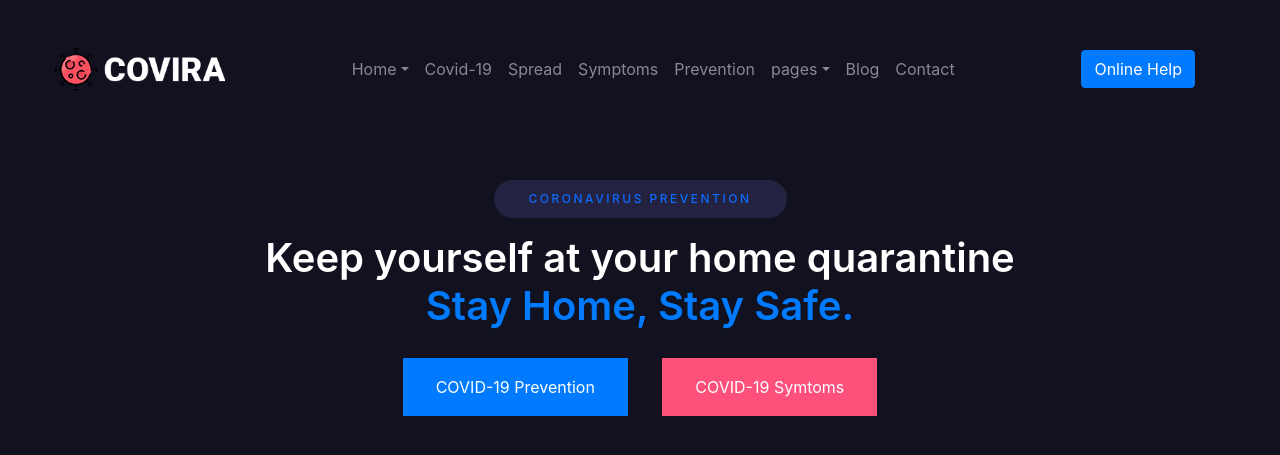
Repository: sitikhusushan/corona_updates
Page: index.html
These files come from the project's save history. The page is drawn as it stood at one moment and after the next save; the edit follows.
The browser window is 1280 px wide. The pictures show the whole page.
The pointer rests on the first visible `.navbar a`.

Above is the page before, as saved 2020-06-05 10:54:36.

### index.html
<!DOCTYPE html>
<html lang="en">
  <head>
    <meta charset="UTF-8" />
    <meta name="viewport" content="width=device-width, initial-scale=1.0" />
    <link rel="stylesheet" href="css/bootstrap.css" />
    <link rel="stylesheet" href="style.css" />
    <title>Covid-19</title>
  </head>
  <body>
    <header>
      <nav class="navbar navbar-expand-lg navbar-dark fix">
        <div class="container">
          <a class="logo" href="">
            <img src="image/logo-white.png" alt="coronavirus_logo"
          /></a>
          <!-- <div class="row">
          <div class="col-md-2 col-sm-2">
            <img src="image/logo-white.png" alt="coronavirus_logo" />
          </div>
          <div class="col-md-1 col-sm">
            <div class="dropdown">
              <button
                type="button"
                class="btn btn-danger dropdown-toggle"
                data-toggle="dropdown"
              >
                Home
              </button>
              <div class="dropdown-menu">
                <a class="dropdown-item" href="#">akjf</a>
                <a class="dropdown-item" href="#">alkdf</a>
                <a class="dropdown-item" href="#">akfjl</a>
                <a class="dropdown-item" href="#">ahdfjk</a>
                <a class="dropdown-item" href="#">ajlkdf</a>
                <a class="dropdown-item" href="#">kjahdf</a>
              </div>
            </div>
          </div>
          <div class="col-md-1 col-sm">
            COVID-19
          </div>
          <div class="col-md-1 col-sm">
            Spread
          </div>
          <div class="col-md-1 col-sm">
            Symptoms
          </div>
          <div class="col-md-1 col-sm">
            Prevention
          </div>
          <div class="col-md-1 col-sm">
            <div class="dropdown">
              <button
                type="button"
                class="btn btn-danger dropdown-toggle"
                data-toggle="dropdown"
              >
                Pages
              </button>
              <div class="dropdown-menu">
                <a class="dropdown-item" href="#"></a>
                <a class="dropdown-item" href="#"></a>
                <a class="dropdown-item" href="#"></a>
                <a class="dropdown-item" href="#"></a>
              </div>
            </div>
          </div>
          <div class="col-md-1 col-sm">Blog</div>
          <div class="col-md-1 col-sm">Contact</div>
          <div class="col-md-2 col-sm-2">
            <button class="btn btn-primary" type="button">Online Help</button>
          </div>
        </div> -->
          <div class="collapse navbar-collapse ">
            <ul class="navbar-nav mx-auto">
              <li class="nav-item dropdown">
                <a class="nav-link dropdown-toggle" href="#" data-toggle="dropdown" aria-expanded="false">Home</a>
                <div class="dropdown-menu">
                  <a class="dropdown-item" href="#">Home one</a>
                  <a class="dropdown-item" href="#">Home one dark</a>
                  <a class="dropdown-item" href="#">Home two</a>
                  <a class="dropdown-item" href="#">Home two dark</a>
                  <a class="dropdown-item" href="#">Home three</a>
                  <a class="dropdown-item" href="#">Home three dark</a>
                </div>
              </li>
              <li class="nav-item">
                <a class="nav-link" href="#">Covid-19</a>
              </li>
              <li class="nav-item">
                <a class="nav-link" href="#">Spread</a>
              </li>
              <li class="nav-item">
                <a class="nav-link" href="#">Symptoms</a>
              </li>
              <li class="nav-item">
                <a class="nav-link" href="#">Prevention</a>
              </li>
              <li class="nav-item dropdown">
                <a
                  class="nav-link dropdown-toggle"
                  href="#"
                  data-toggle="dropdown"
                  aria-expanded="false"
                  >pages</a
                >
                <div class="dropdown-menu">
                  <a class="dropdown-item" href="#">Blog</a>
                  <a class="dropdown-item" href="#">Article</a>
                  <a class="dropdown-item" href="#">Contact</a>
                  <a class="dropdown-item" href="#">Outbrek news</a>
                </div>
              </li>
              <li class="nav-item">
                <a class="nav-link" href="#">Blog</a>
              </li>
              <li class="nav-item">
                <a class="nav-link" href="#">Contact</a>
              </li>
            </ul>
          </div>
          <a class="onlinehelp" href="">
            <i class="fas fa-headset"></i>
            <button class="btn btn-primary" type="button">Online Help</button>
          </a>
        </div>
      </nav>
    </header>
    <div class="banner">
      <div class="container">
        <div class="prevention">
          <p class="pre">CORONAVIRUS PREVENTION</p>
          <h1>
            Keep yourself at your home quarantine <br />
            <span class="text-primary"> Stay Home, Stay Safe.</span>
          </h1>
          <div class="button">
            <!-- <div class="col-md-6">
              <button class="btn btn-primary" type="button">
                COVID-19 Prevention
              </button>
            </div>
            <div class="col-md">
              <button class="btn btn-danger" type="button">
                COVID-19 Symtoms
              </button> -->
              <a href="" class="btn btn-lg btn-primary">COVID-19 Prevention</a>
              <a href="" class="btn btn-lg btn-pink">COVID-19 Symtoms</a>
            </div>
          </div>
        </div>
      </div>
    </div>
  </body>
</html>
<script src="https://code.jquery.com/jquery-3.5.1.js"></script>
<script src="js/bootstrap.js"></script>

### style.css
body {
  background-color: #111120;
  color: #939fb2;
}

.container {
  max-width: 1200px;
}

.fix {
  position: fixed;
  top: 0;
  right: 0;
  left: 0;
  /* z-index: 1030; */
  background-color: #111120;
  padding: 40px 0px;
}

.navbar a:hover,
.dropdown:hover {
  color: hotpink;
}

.nav-item .nav-link a {
  font-weight: 500;
  padding: 8px 16px;
  margin-left: 2px;
  margin-right: 2px;
}

nav .container .logo img {
  max-width: 170px;
}

.banner {
  height: 100%;
  text-align: center;
  padding-top: 180px;
}

h1 {
  color: white;
  font-weight: 600;
  margin-bottom: 28px;
}

.btn-pink {
  color: white;
  background-color: #ff4f7b;
  border-color: #ff4f7b;
}

.btn-lg {
  padding: 1rem 2rem;
  font-size: 1rem;
  border-radius: 0px;
}

.btn-primary {
  margin-right: 30px;
}

.pre {
  font-size: 0.75rem;
  font-weight: 500;
  line-height: 1;
  letter-spacing: 2.5px;
  display: inline-block;
  border-radius: 800px;
  border: #232341 solid;
  background-color: #232341;
  color: #0d6bff;
  padding: 10px 32px;
  margin-bottom: 16px;
}

@font-face {
  font-family: "Barlow";
  src: url("font/Barlow-Black.woff2") format("woff2"),
    url("font/Barlow-Black.woff") format("woff"),
    url("font/Barlow-Black.svg#Barlow-Black") format("svg");
  font-weight: 900;
  font-style: normal;
}

@font-face {
  font-family: "Barlow";
  src: url("font/Barlow-Light.woff2") format("woff2"),
    url("font/Barlow-Light.woff") format("woff"),
    url("font/Barlow-Light.svg#Barlow-Light") format("svg");
  font-weight: 300;
  font-style: normal;
}

@font-face {
  font-family: "Barlow";
  src: url("font/Barlow-Medium.woff2") format("woff2"),
    url("font/Barlow-Medium.woff") format("woff"),
    url("font/Barlow-Medium.svg#Barlow-Medium") format("svg");
  font-weight: 500;
  font-style: normal;
}

@font-face {
  font-family: "Barlow";
  src: url("font/Barlow-ExtraBold.woff2") format("woff2"),
    url("font/Barlow-ExtraBold.woff") format("woff"),
    url("font/Barlow-ExtraBold.svg#Barlow-ExtraBold") format("svg");
  font-weight: 800;
  font-style: normal;
}

@font-face {
  font-family: "Barlow";
  src: url("font/Barlow-SemiBold.woff2") format("woff2"),
    url("font/Barlow-SemiBold.woff") format("woff"),
    url("font/Barlow-SemiBold.svg#Barlow-SemiBold") format("svg");
  font-weight: 600;
  font-style: normal;
}

@font-face {
  font-family: "Barlow";
  src: url("font/Barlow-Regular.woff2") format("woff2"),
    url("font/Barlow-Regular.woff") format("woff"),
    url("font/Barlow-Regular.svg#Barlow-Regular") format("svg");
  font-weight: normal;
  font-style: normal;
}

@font-face {
  font-family: "Barlow";
  src: url("font/Barlow-Thin.woff2") format("woff2"),
    url("font/Barlow-Thin.woff") format("woff"),
    url("font/Barlow-Thin.svg#Barlow-Thin") format("svg");
  font-weight: 100;
  font-style: normal;
}

@font-face {
  font-family: "Barlow";
  src: url("font/Barlow-Bold.woff2") format("woff2"),
    url("font/Barlow-Bold.woff") format("woff"),
    url("font/Barlow-Bold.svg#Barlow-Bold") format("svg");
  font-weight: bold;
  font-style: normal;
}

@font-face {
  font-family: "Barlow";
  src: url("font/Barlow-ExtraLight.woff2") format("woff2"),
    url("font/Barlow-ExtraLight.woff") format("woff"),
    url("font/Barlow-ExtraLight.svg#Barlow-ExtraLight") format("svg");
  font-weight: 200;
  font-style: normal;
}

Loaded but not shown: css/bootstrap.css (library); js/bootstrap.js (library)

After the next save:
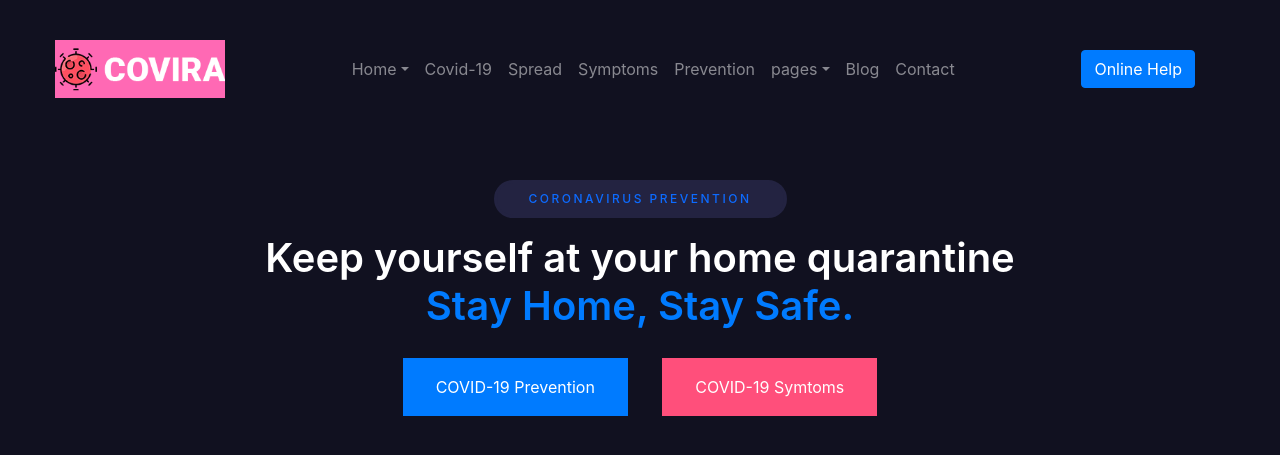
Saved 54 s later.
--- a/style.css
+++ b/style.css
@@ -19,7 +19,7 @@
 
 .navbar a:hover,
 .dropdown:hover {
-  color: hotpink;
+  background-color: hotpink;
 }
 
 .nav-item .nav-link a {

After the 2 saves that followed:
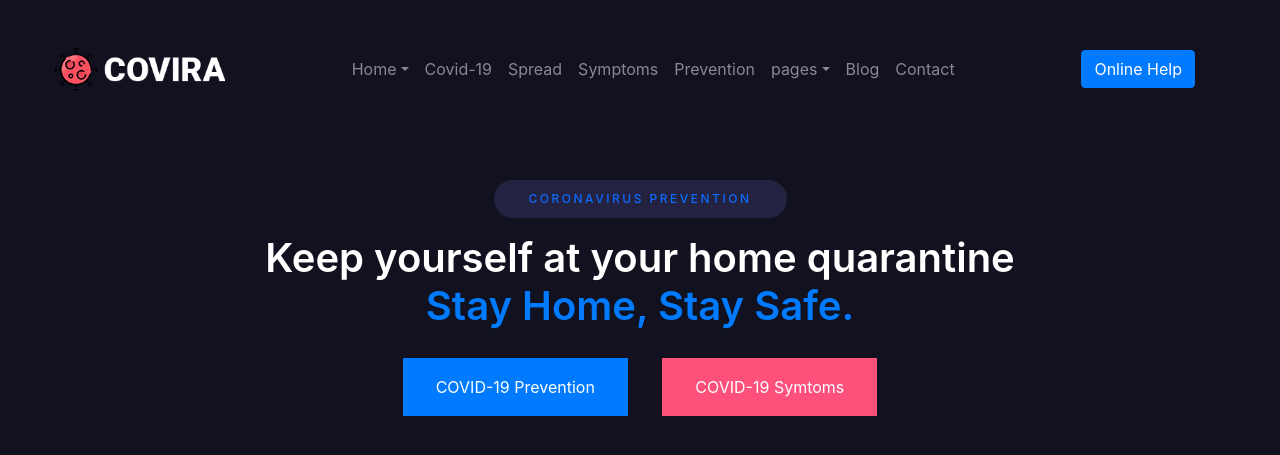
The 2 saves are shown as one change because 1 left the picture as it was.
The last was saved 87 s later.
--- a/style.css
+++ b/style.css
@@ -1,6 +1,6 @@
 body {
   background-color: #111120;
-  color: #939fb2;
+  /* color: #939fb2; */
 }
 
 .container {
@@ -19,7 +19,7 @@
 
 .navbar a:hover,
 .dropdown:hover {
-  background-color: hotpink;
+  color: hotpink;
 }
 
 .nav-item .nav-link a {
